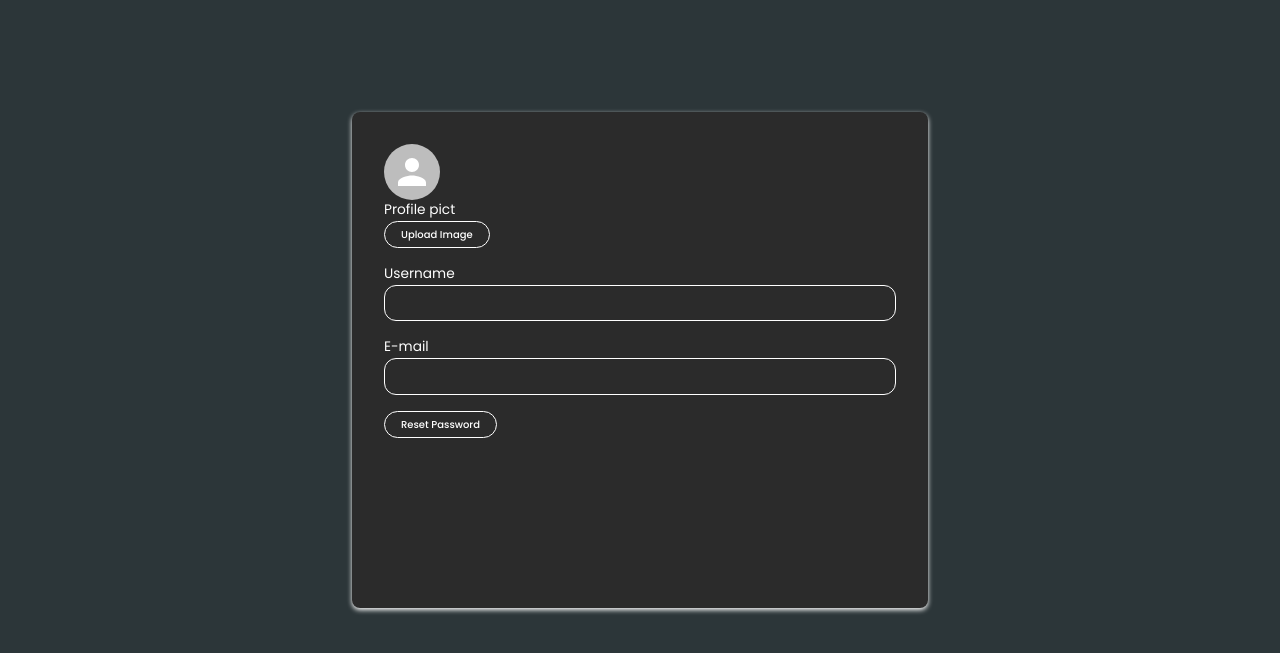
Repository: IzzaSuni/Izza-ToDo
Page: /publicNote/Private/profile
The author's editor kept a copy of each file at every save. The page is drawn from the files as they stood at one save, then again after the next save.
The browser window is 1280 px wide. The pictures show the whole page.
The project was rebuilt for these pictures with package versions that can differ from the ones it lists, and the page was loaded fresh each time. Also part of the build but not shown: src/App.css, src/services.js, src/components/List.js, src/components/Filter.js, src/components/ohayo.js, src/utils/Query.js, src/components/navbar.js, src/components/MainPage.js and 4 more.

Above is the page before, as saved 2022-08-23 22:10:48.

After the next save:
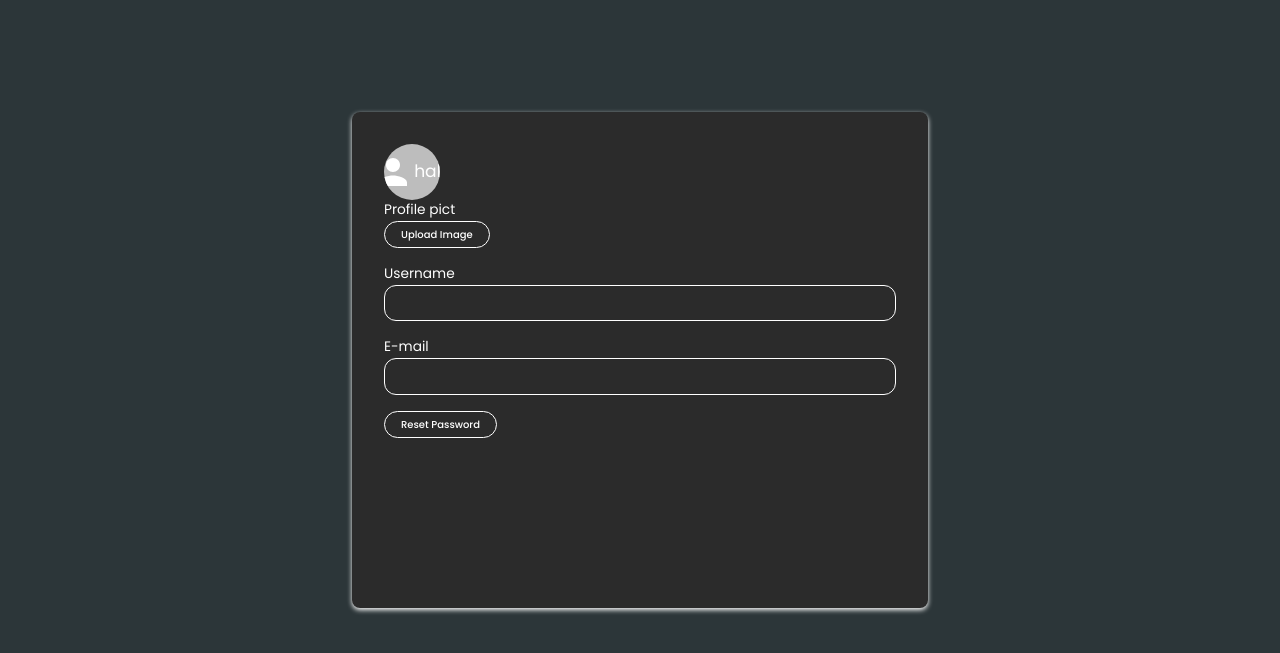
Saved 17 s later.
--- a/src/index.css
+++ b/src/index.css
@@ -110,7 +110,7 @@
 #buttonUpload ~ div {
   display: none;
 }
-#halo::after:hover {
+#halo::after{
   content: "halo";
 }
 /* responsive=============================================================================== */

After the save that followed:
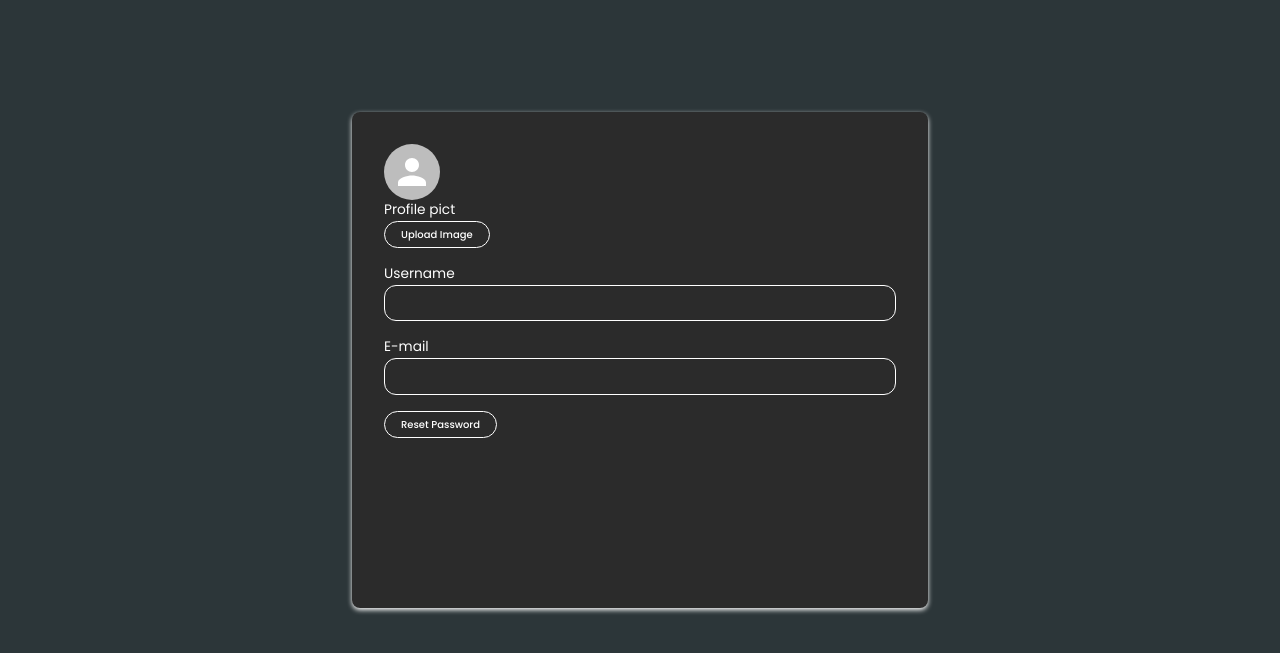
Saved 103 s later.
--- a/src/index.css
+++ b/src/index.css
@@ -110,7 +110,7 @@
 #buttonUpload ~ div {
   display: none;
 }
-#halo::after{
+#halo:hover:after {
   content: "halo";
 }
 /* responsive=============================================================================== */
